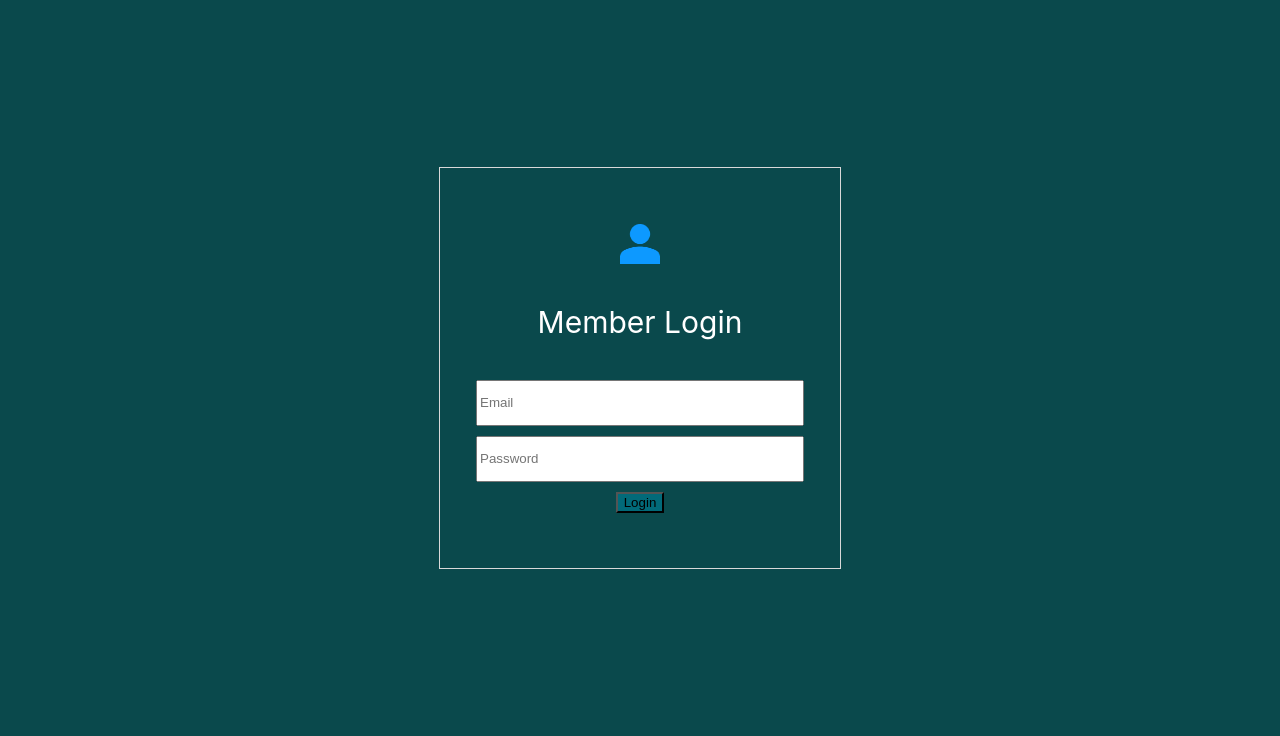
Repository: sheddy1/peter1
Page: work2.html
These files come from the project's save history. The page is drawn as it stood at one moment and after the next save; the edit follows.
The browser window is 1280 px wide. The pictures show the whole page.

Above is the page before, as saved 2025-11-08 15:49:27.

### work2.html
<!DOCTYPE html>
<html lang="en">
<head>
    <meta charset="UTF-8">
    <meta name="viewport" content="width=device-width, initial-scale=1.0">
    <title>peters work1</title>
    <link rel="stylesheet" href="work2.css">
    <style>

    </style>
</head>
<body>
    <div class="login-box">
        <img src="Vector.png" alt="" class="vector">

        <p class="mem">Member Login</p>

        <input type="text" class="text1" placeholder="Email">

        <input type="password" class="text1" placeholder="Password">

        <button class="btn1">Login</button>
    </div>
</body>
</html>

### work2.css
body {
    background-color: #0A494C;
    display: flex;
    justify-content: center;
    align-items: center;
    min-height: 100vh;
}

.login-box {
    border: 1px solid #D9D9D9;
    width: 400px;
    height: 400px;
    display: flex;
    justify-content: center;
    align-items: center;
    flex-direction: column;
    gap: 10px;
}

.vector{
    height: 40px;
    width: 40px;
}

.mem{
    color: #FFFFFF;
    font-family: inter;
    font-size: 30px;
    ;
}

.text1{
    width: 80%;
    height: 40px;
    color: #1E1E1E;
}

.btn1{
    background-color: #026A79;
}

After the next save:
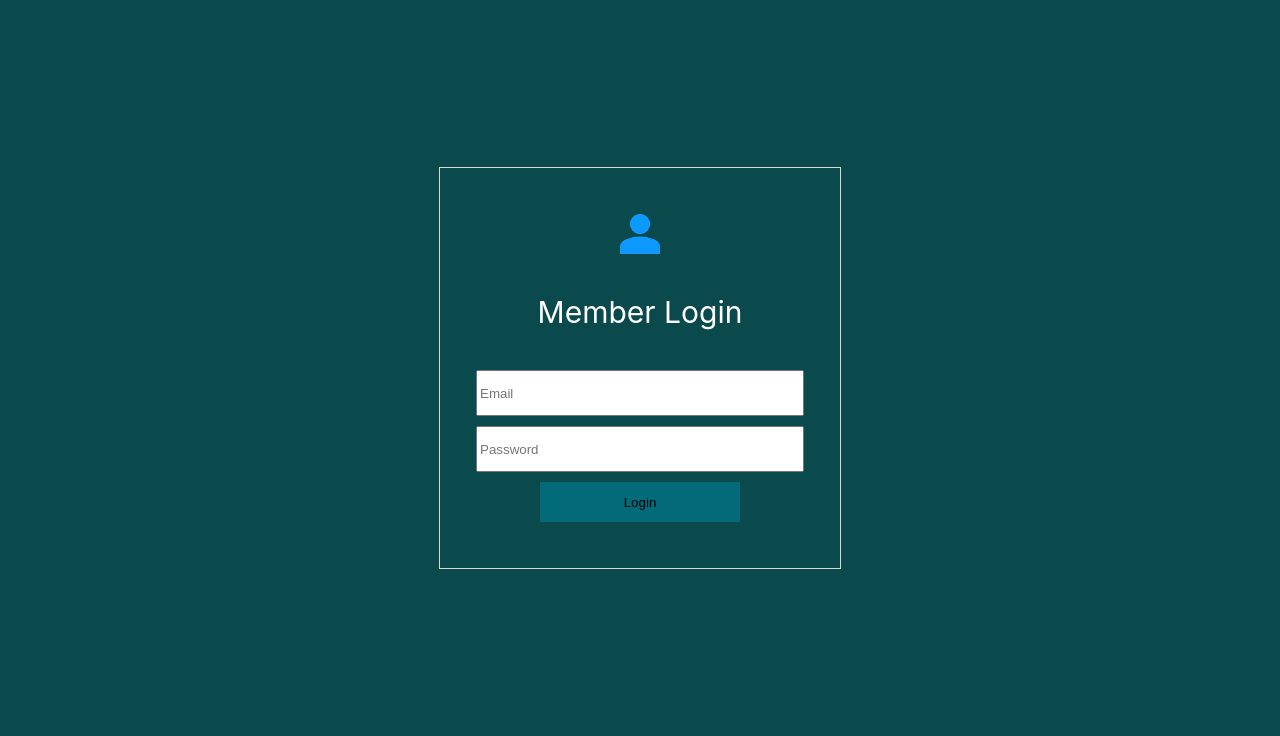
Saved 40 s later.
--- a/work2.css
+++ b/work2.css
@@ -37,4 +37,8 @@ body {
 
 .btn1{
     background-color: #026A79;
+    border: none;
+    width: 50%;
+    height: 40px;
+
 }
